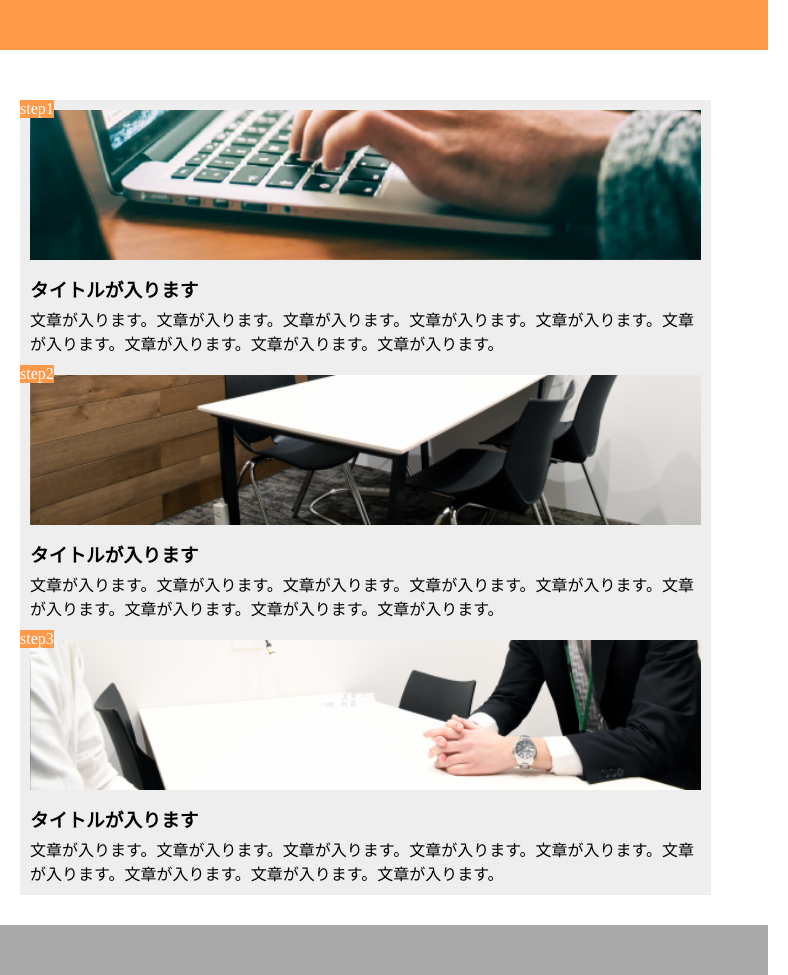
Repository: 0820miyu/kadai1
Page: kadai1.html
The author's editor kept a record of every edit. The page is drawn from the files as they stood at one moment, then again after the next edit.
The browser window is 768 px wide. The page is 788 px wide, so the pictures cover 788 px, including what lies to the right of the window. The pictures show the whole page.

Above is the page before.

### kadai1.html
<!DOCTYPE html>
<html lang="ja">
  <head>
    <meta charset="UTF-8" />

     <meta name="viewport" content="width=device-width,initial-scale=1.0">
    <title>9章演習</title>
    <link rel="stylesheet" href="kadai1.css" />
  </head>

  <body>
    <header></header>
    <main>
      <div class="step-box">
        <div class="step-img1"></div>
        <span class="step-num">step1</span>
        <h3 class="title">タイトルが入ります</h3>
        <p class="text">
          文章が入ります。文章が入ります。文章が入ります。文章が入ります。文章が入ります。文章が入ります。文章が入ります。文章が入ります。文章が入ります。
        </p>
      </div>

      <div class="step-box">
        <div class="step-img2"></div>
        <span class="step-num">step2</span>
        <h3 class="title">タイトルが入ります</h3>
        <p class="text">
          文章が入ります。文章が入ります。文章が入ります。文章が入ります。文章が入ります。文章が入ります。文章が入ります。文章が入ります。文章が入ります。
        </p>
      </div>

      <div class="step-box">
        <div class="step-img3"></div>
        <span class="step-num">step3</span>
        <h3 class="title">タイトルが入ります</h3>
        <p class="text">
          文章が入ります。文章が入ります。文章が入ります。文章が入ります。文章が入ります。文章が入ります。文章が入ります。文章が入ります。文章が入ります。
        </p>
      </div>
    </main>
    <footer></footer>
  </body>
</html>

### kadai1.css

*{
  box-sizing: border-box;
  margin: 0;
  padding: 0;
}

header {
  height: 50px;
  background-color: #ff9a4b;
}

main {
  width: 960px;
  margin: 50px ;
  display: flex;
}

.step-box {
  width: 300px;
  padding: 10px;
  position: relative;
  background-color: #eee;
}



.step-img1 {
  height: 150px;
  background-image:url(img/flow01.png);
  background-position: bottom;
  background-size: cover;
}

.step-img2 {
  height: 150px;
  background-image: url(img/flow02.png);
  background-position: bottom;
  background-size: cover;
}

.step-img3 {
  height: 150px;
  background-image: url(img/flow03.png);
  background-position: bottom;
  background-size: cover;
}

.step-num {
  position: absolute;
  top: 0;
  left: 0;
  background-color: #ff9a4b;
  color: #fff;
}

.title {
  margin: 15px 0 5px;
}

footer {
  width: 100%;
  height: 50px;
  background-color: #aaa;
}

@media screen and (max-width: 768px) {

  header { width: 100%;
    margin-bottom: 50px;}

  main{display: block;
    width: 100%;
    margin:20px;}

.step-box{

  width:90%;
}

footer{ width: 100%;
  margin-top: 30px;}
}

After the next edit:
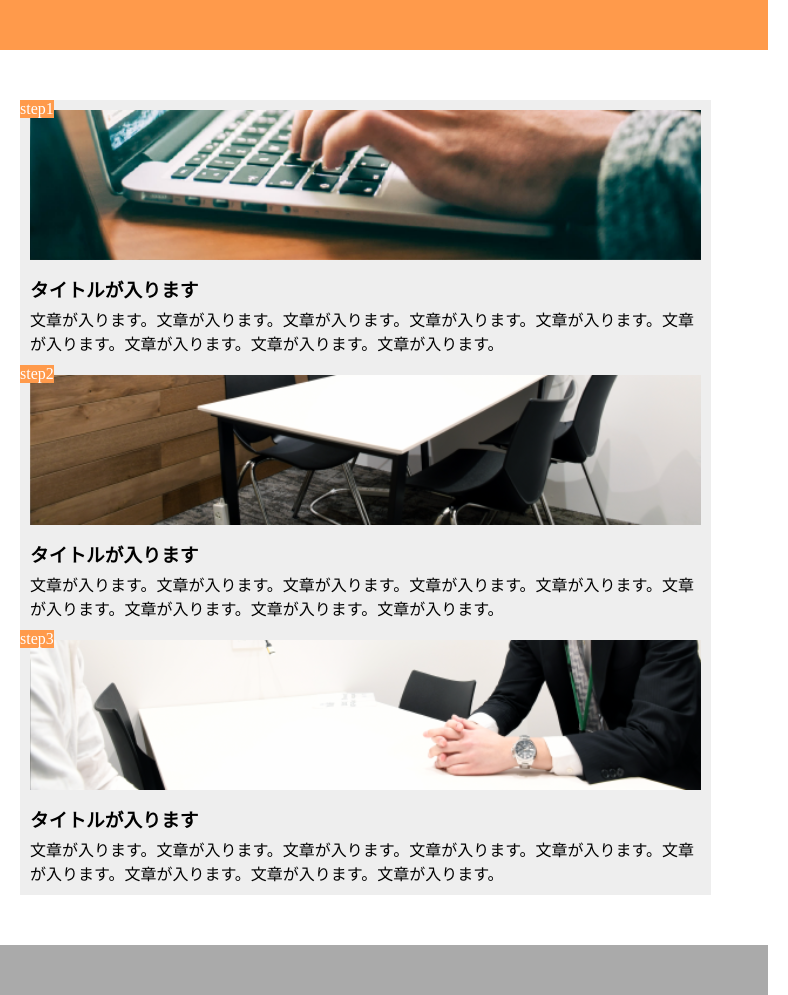
The edit:
--- a/kadai1.css
+++ b/kadai1.css
@@ -1,5 +1,4 @@
-
-*{
+* {
   box-sizing: border-box;
   margin: 0;
   padding: 0;
@@ -12,22 +11,25 @@
 
 main {
   width: 960px;
-  margin: 50px ;
+  margin: 50px auto;
   display: flex;
 }
 
 .step-box {
   width: 300px;
+  margin-right: 30px;
   padding: 10px;
   position: relative;
   background-color: #eee;
 }
 
-
+.step-box:last-child {
+  margin-right: 0;
+}
 
 .step-img1 {
   height: 150px;
-  background-image:url(img/flow01.png);
+  background-image: url(img/flow01.png);
   background-position: bottom;
   background-size: cover;
 }
@@ -59,7 +61,6 @@
 }
 
 footer {
-  width: 100%;
   height: 50px;
   background-color: #aaa;
 }
@@ -74,10 +75,10 @@
     margin:20px;}
 
 .step-box{
-
+  magin-bottom:20px;
   width:90%;
 }
 
 footer{ width: 100%;
-  margin-top: 30px;}
+  margin-top: 50px;}
 }
